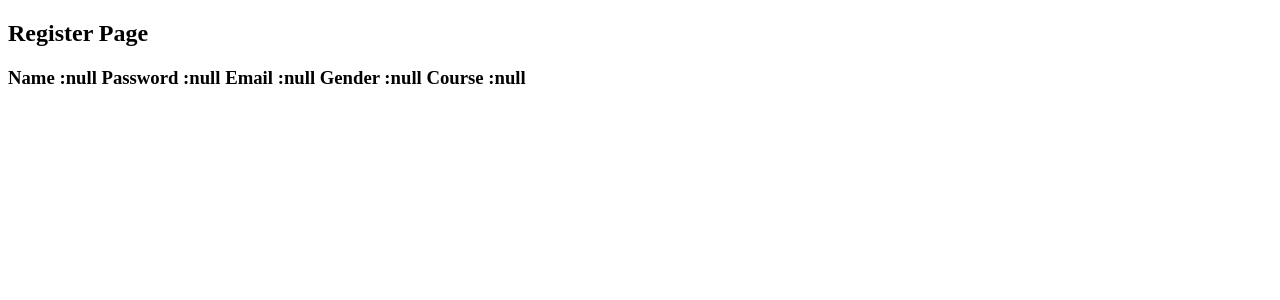
Repository: Kamleshmaury/CoreJava
Page: http://localhost/RegistrationForm/file.jsp
An editor plug-in stored every save of this project. The page is shown before and after the next save, followed by the edit.
The browser window is 1280 px wide. The pictures show the whole page.
The page is served by Tomcat 10. Other server files are loaded and not shown.

Above is the page before, as saved 2022-10-18 12:15:19.

### RegistrationForm/src/main/webapp/file.jsp
<%@ page language="java" contentType="text/html; charset=UTF-8"
    pageEncoding="UTF-8"%>
<!DOCTYPE html PUBLIC "-//W3C//DTD HTML 4.01 Transitional//EN" "http://www.w3.org/TR/html4/loose.dtd">
<html>
<head>
<meta http-equiv="Content-Type" content="text/html; charset=UTF-8">
<title>Insert title here</title>
</head>
<body>

        <h2> Register Page </h2>
         <h3><%
          	out.println("Name :"+request.getParameter("name"));
     		out.println("Password :"+request.getParameter("password"));
         	out.println("Email :"+request.getParameter("email"));
         	out.println("Gender :"+request.getParameter("gender"));
         	out.println("Course :"+request.getParameter("course"));
          %></h3>

</body>
</html>

After the next save:
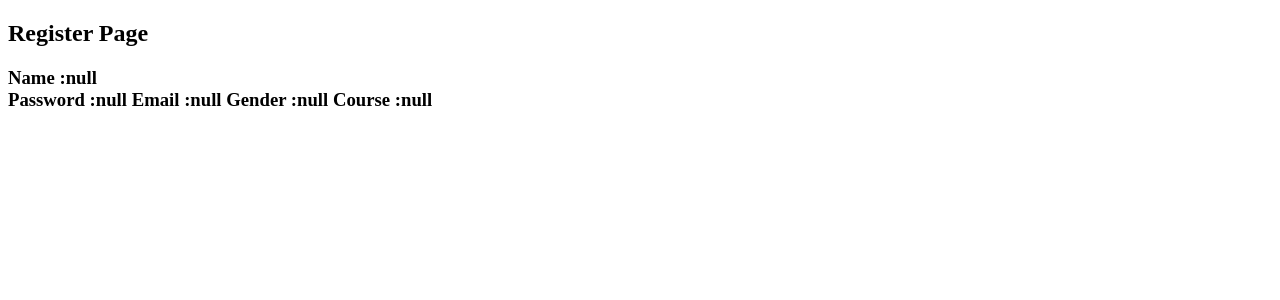
Saved 11 s later.
--- a/RegistrationForm/src/main/webapp/file.jsp
+++ b/RegistrationForm/src/main/webapp/file.jsp
@@ -10,7 +10,7 @@
 
         <h2> Register Page </h2>
          <h3><%
-          	out.println("Name :"+request.getParameter("name"));
+          	out.println("Name :"+request.getParameter("name")+"<br>");
      		out.println("Password :"+request.getParameter("password"));
          	out.println("Email :"+request.getParameter("email"));
          	out.println("Gender :"+request.getParameter("gender"));
